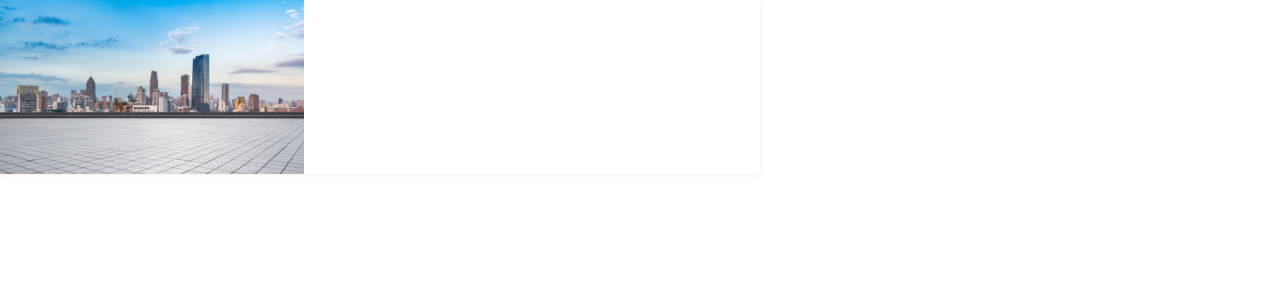
Repository: yosuke257/20231104_watanabe_css
Page: coachtech/html-css/index.html
An editor plug-in stored every save of this project. The page is shown before and after the next save, followed by the edit.
The browser window is 1280 px wide. The pictures show the whole page.

Above is the page before, as saved 2023-10-22 23:53:01.

### coachtech/html-css/index.html
<!DOCTYPE html>
<html lang="ja">

<head>
    <meta charset="UTF-8">
    <meta name="viewport" content="width=device-width, initial-scale=1.0">
    <title>Document</title>
    <link rel="stylesheet" href="css/style.css" />
    <link rel="stylesheet" href="css/reset.css" />
</head>

<body>
    <div class="card">
        <div class="card__img">
        <img src="img/mv.png" alt="">
        </div>
    </div>

    <div class="card__content">
        <div class="card__content-cat"></div>
        <h2 class="card__content-ttl"> </h2>
    </div>
</body>

</html>

### coachtech/html-css/css/style.css
body {
    width: 760px;
    margin: 0px auto;
}

.card {
    box-shadow: 0 0 6px #eeeeee;
    display: flex;
}

.card__img {
    width: 40%;
}

.card__img img {
    width: 100%;
    vertical-align: top;
}

.card__content {
    padding: 15px;
}

.card__content-ttl {
    font-size: 20px;
    font-weight: bold;
    margin-bottom: 25px;
}

.card__content-tag {
    font-size: 14px;
    display: inline-block;
}

.card__content-tag--red {
    color: red;
    margin-left: 40px;
}

### coachtech/html-css/css/reset.css
 /*
html5doctor.com Reset Stylesheet
v1.6.1
Last Updated: 2010-09-17
Author: Richard Clark - http://richclarkdesign.com
Twitter: @rich_clark
*/

 html,
 body,
 div,
 span,
 object,
 iframe,
 h1,
 h2,
 h3,
 h4,
 h5,
 h6,
 p,
 blockquote,
 pre,
 abbr,
 address,
 cite,
 code,
 del,
 dfn,
 em,
 img,
 ins,
 kbd,
 q,
 samp,
 small,
 strong,
 sub,
 sup,
 var,
 b,
 i,
 dl,
 dt,
 dd,
 ol,
 ul,
 li,
 fieldset,
 form,
 label,
 legend,
 table,
 caption,
 tbody,
 tfoot,
 thead,
 tr,
 th,
 td,
 article,
 aside,
 canvas,
 details,
 figcaption,
 figure,
 footer,
 header,
 hgroup,
 menu,
 nav,
 section,
 summary,
 time,
 mark,
 audio,
 video {
     margin: 0;
     padding: 0;
     border: 0;
     outline: 0;
     font-size: 100%;
     vertical-align: baseline;
     background: transparent;
 }

 body {
     line-height: 1;
 }

 article,
 aside,
 details,
 figcaption,
 figure,
 footer,
 header,
 hgroup,
 menu,
 nav,
 section {
     display: block;
 }

 nav ul {
     list-style: none;
 }

 blockquote,
 q {
     quotes: none;
 }

 blockquote:before,
 blockquote:after,
 q:before,
 q:after {
     content: '';
     content: none;
 }

 a {
     margin: 0;
     padding: 0;
     font-size: 100%;
     vertical-align: baseline;
     background: transparent;
 }

 /* change colours to suit your needs */
 ins {
     background-color: #ff9;
     color: #000;
     text-decoration: none;
 }

 /* change colours to suit your needs */
 mark {
     background-color: #ff9;
     color: #000;
     font-style: italic;
     font-weight: bold;
 }

 del {
     text-decoration: line-through;
 }

 abbr[title],
 dfn[title] {
     border-bottom: 1px dotted;
     cursor: help;
 }

 table {
     border-collapse: collapse;
     border-spacing: 0;
 }

 /* change border colour to suit your needs */
 hr {
     display: block;
     height: 1px;
     border: 0;
     border-top: 1px solid #cccccc;
     margin: 1em 0;
     padding: 0;
 }

 input,
 select {
     vertical-align: middle;
 }

After the next save:
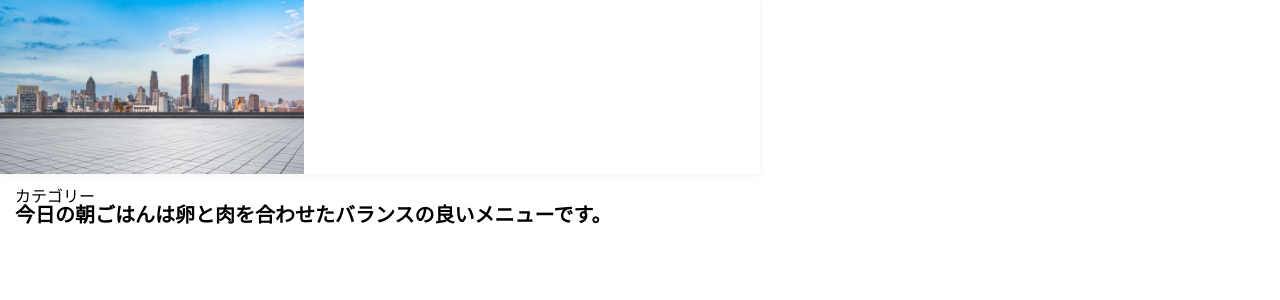
Saved 60 s later.
--- a/coachtech/html-css/index.html
+++ b/coachtech/html-css/index.html
@@ -17,8 +17,10 @@
     </div>
 
     <div class="card__content">
-        <div class="card__content-cat"></div>
-        <h2 class="card__content-ttl"> </h2>
+        <div class="card__content-cat">カテゴリー</div>
+        <h2 class="card__content-ttl">
+            今日の朝ごはんは卵と肉を合わせたバランスの良いメニューです。
+        </h2>
     </div>
 </body>
 
